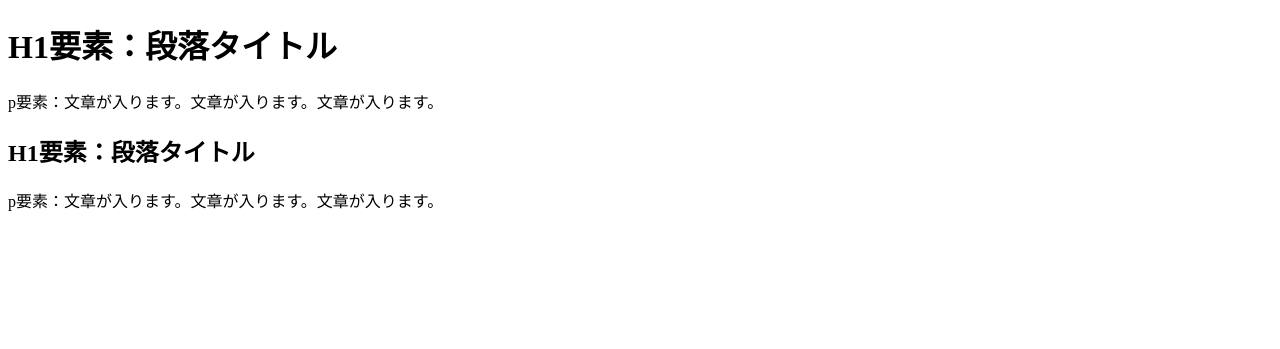
Repository: 0keiji0/samurai_HTML-CSS
Page: index2.html
The author's editor kept a record of every edit. The page is drawn from the files as they stood at one moment, then again after the next edit.
The browser window is 1280 px wide. The pictures show the whole page.

Above is the page before.

### index2.html
<!DOCTYPE html>
<html lang="ja">
<head>
    <meta charset="UTF-8">
    <meta name="viewport" content="width=device-width, initial-scale=1.0">
    <meta http-equiv="X-UA-Compatible" content="ie=edge">
    <title>HTML/CSSの学習</title>
</head>
<body>
<h1>H1要素：段落タイトル</h1>
<p>p要素：文章が入ります。文章が入ります。文章が入ります。</p>
<h2>H1要素：段落タイトル</h2>
<p>p要素：文章が入ります。文章が入ります。文章が入ります。</p>

</body>
</html>

After the next edit:
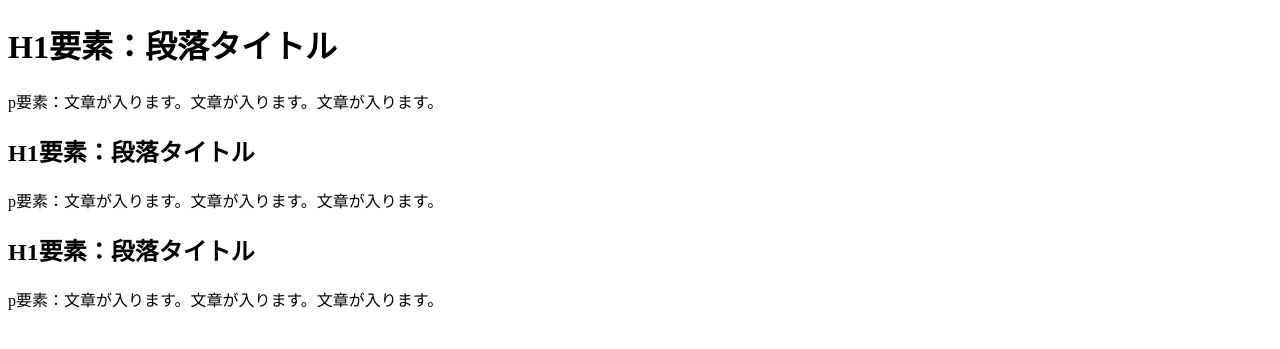
The edit:
--- a/index2.html
+++ b/index2.html
@@ -11,6 +11,7 @@
 <p>p要素：文章が入ります。文章が入ります。文章が入ります。</p>
 <h2>H1要素：段落タイトル</h2>
 <p>p要素：文章が入ります。文章が入ります。文章が入ります。</p>
-
+<h2>H1要素：段落タイトル</h2>
+<p>p要素：文章が入ります。文章が入ります。文章が入ります。</p>
 </body>
 </html>
